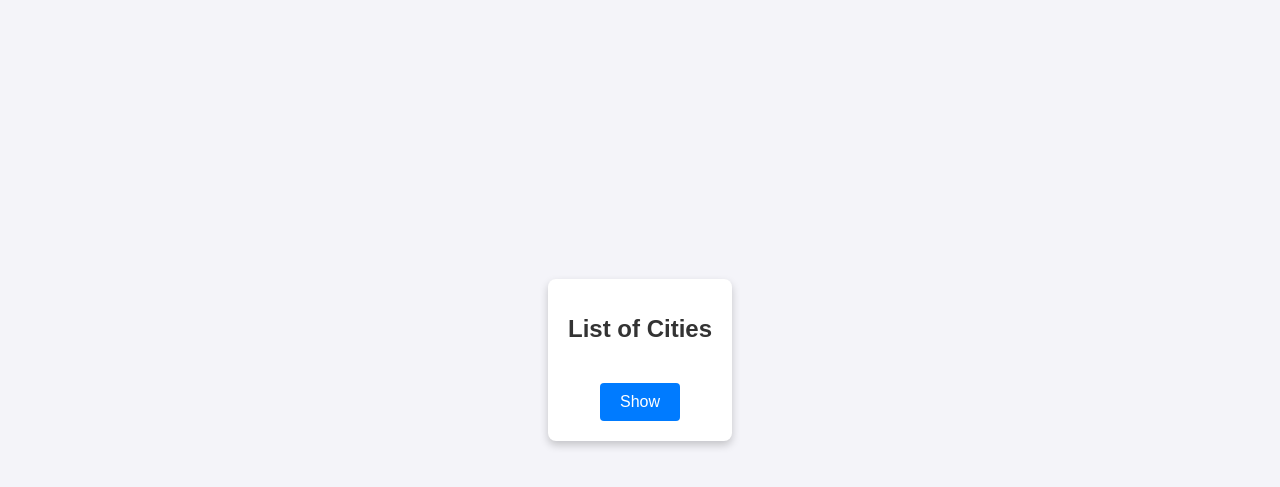
Repository: masonma21/city-list-app
Page: /
These files come from the project's save history. The page is drawn as it stood at one moment and after the next save; the edit follows.
The browser window is 1280 px wide. The pictures show the whole page.
The project was rebuilt for these pictures with package versions that can differ from the ones it lists, and the page was loaded fresh each time.

Above is the page before, as saved 2024-11-05 14:47:23.

After the next save:
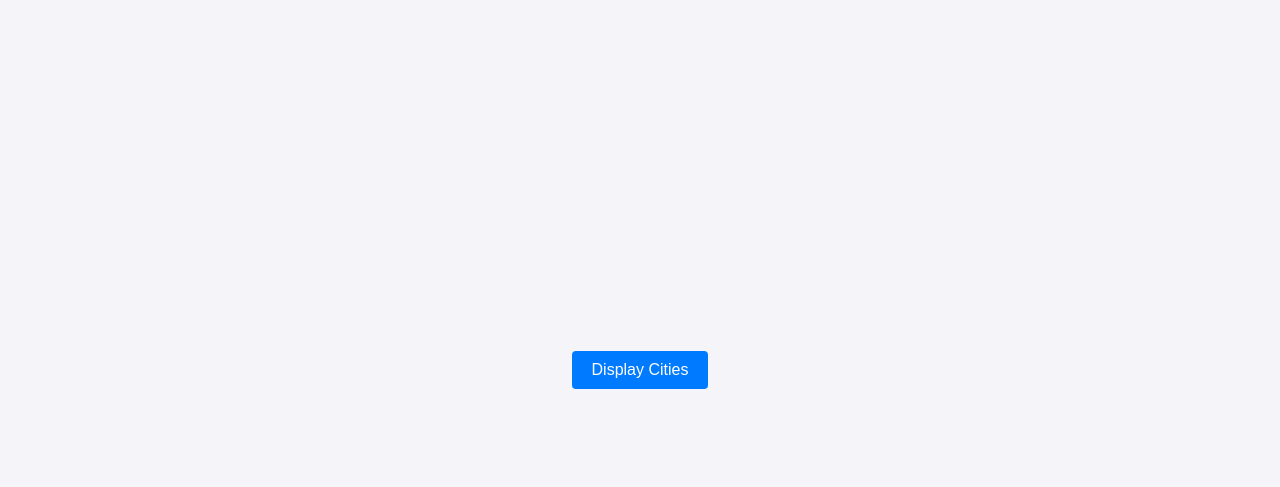
Saved 2 min 15 s later.
--- a/src/App.js
+++ b/src/App.js
@@ -4,23 +4,22 @@ import './App.css';
 function App() {
   const [cities, setCities] = useState([]);
   const [loading, setLoading] = useState(false);
-  const [showCities, setShowCities] = useState(false); // New state to control showing cities
+  const [showCities, setShowCities] = useState(false);
   const [query, setQuery] = useState('');
   const [sortKey, setSortKey] = useState('name');
   const [sortDirection, setSortDirection] = useState('ascending');
 
-  // Function to handle button click to display cities
   const handleDisplayCities = () => {
     setLoading(true);
-    setShowCities(false); // Ensure cities are hidden initially
+    setShowCities(false);
     fetch('https://roots.thecompernolles.com/cities.json')
       .then((response) => response.json())
       .then((data) => {
         setCities(data);
         setTimeout(() => {
           setLoading(false);
-          setShowCities(true); // Show cities after loading
-        }, 500); // 0.5-second delay
+          setShowCities(true);
+        }, 500);
       })
       .catch((error) => {
         console.error('Error fetching cities:', error);
@@ -63,20 +62,17 @@ function App() {
   }
 
   return (
-    <div className="container">
-      <h1>List of Cities</h1>
-
-      {/* Display Cities button */}
+    <div className="app-container">
       {!showCities && (
         <button className="display-button" onClick={handleDisplayCities}>
-          Show
+          Display Cities
         </button>
       )}
 
-      {/* Cities list and controls */}
       {showCities && (
-        <>
+        <div className="content-container">
           <div className="controls">
+            <h1>List of Cities</h1>
             <input
               type="text"
               placeholder="Filter cities"
@@ -110,14 +106,14 @@ function App() {
             </button>
           </div>
 
-          <ul>
+          <ul className="city-list">
             {sortedCities.map((city) => (
               <li key={city.id}>
                 {city.name}, {city.state}
               </li>
             ))}
           </ul>
-        </>
+        </div>
       )}
     </div>
   );
